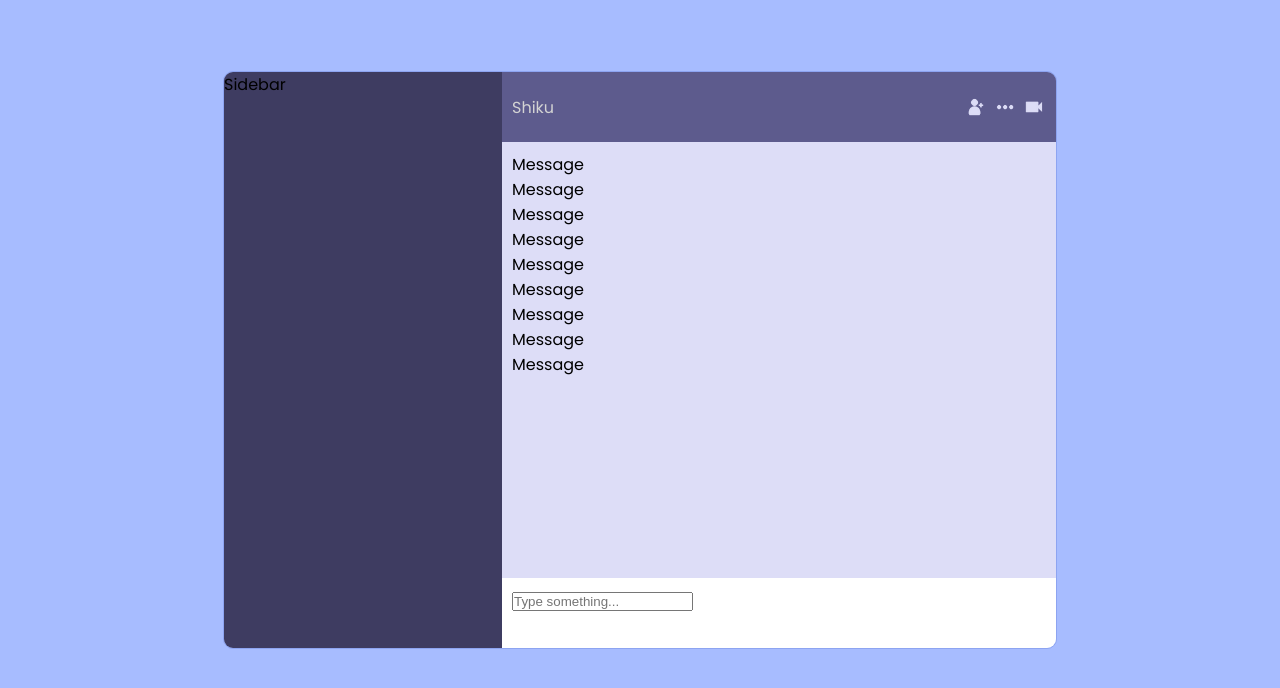
Repository: shikubro90/chatapp
Page: /
The author's editor kept a copy of each file at every save. The page is drawn from the files as they stood at one save, then again after a run of saves.
The browser window is 1280 px wide. The pictures show the whole page.
The project was rebuilt for these pictures with package versions that can differ from the ones it lists, and the page was loaded fresh each time. Also part of the build but not shown: src/pages/Login.jsx, src/pages/Register.jsx.

Above is the page before, as saved 2022-09-14 20:24:16.

### src/App.js
import './App.css';
import Login from './pages/Login';
import Register from './pages/Register';
import Home from './pages/Home'
import './style.scss'

function App() {
  return (
    <div className="App">
      {/* <Register/> */}
      {/* <Login/> */}
      <Home/>
    </div>
  );
}

export default App;

### src/App.css
@import url(https://fonts.googleapis.com/css?family=Poppins:100,100italic,200,200italic,300,300italic,regular,italic,500,500italic,600,600italic,700,700italic,800,800italic,900,900italic);



*{
  margin: 0;
  padding: 0;
}

body,html{
  font-family: "Poppins", sans-serif, system-ui, -apple-system, BlinkMacSystemFont, 'Segoe UI', Roboto, Oxygen, Ubuntu, Cantarell, 'Open Sans', 'Helvetica Neue', sans-serif;
  box-sizing: border-box;
}


/* .App {
  text-align: center;
}

.App-logo {
  height: 40vmin;
  pointer-events: none;
}

@media (prefers-reduced-motion: no-preference) {
  .App-logo {
    animation: App-logo-spin infinite 20s linear;
  }
}

.App-header {
  background-color: #282c34;
  min-height: 100vh;
  display: flex;
  flex-direction: column;
  align-items: center;
  justify-content: center;
  font-size: calc(10px + 2vmin);
  color: white;
}

.App-link {
  color: #61dafb;
}

@keyframes App-logo-spin {
  from {
    transform: rotate(0deg);
  }
  to {
    transform: rotate(360deg);
  }
} */

### src/pages/Home.jsx
import React from 'react'
import Sidebar from '../Components/SideBar'
import ChatBar from '../Components/ChatBar'


const Home = () => {
  return (
    <div className='home'>
        <div className="container">
            <Sidebar/>
            <ChatBar/>
        </div>
    </div>
  )
}

export default Home

### src/style.scss
.formContainer{
    background-color: #a7bcff;
    height: 100vh;
    display: flex;
    align-items: center;
    justify-content: center;

    .formWrapper{

        background-color: white;
        padding: 20px 60px;
        border-radius: 10px;
        display: flex;
        flex-direction: column;
        gap: 10px;
        align-items: center;

        form{

            display: flex;
            flex-direction: column;
            gap: 15px;

            input{
                padding: 10px 10px;
                min-width: 250px;
                border: none;
                border-bottom: 1px solid #a7bcff;
                outline: none;
            }&::placeholder{
                color: rgba(175, 175, 175);
            }

            button{
                background-color: #a7bcff;
                color: white;
                padding: 10px;
                font-weight: bold;
                border: none;
                cursor: pointer;
            }

            label{
                display: flex;
                align-items: center;
                color: #8da4f1;
                gap: 10px;
                font-size: 12px;
                cursor: pointer;

                img{
                    width: 32px;
                }
            }
        }

        p{
            color: #5d5b8d;

        }

        .logo{
            color: #5d5b8d;
            font-weight: bold;
            font-size: 24px;
        }

        .title{
            color: #5d5b8d;
            font-size: 12px;
        }
    }
}


// Home page css

.home{
    background-color: #a7bcff;
    height: 100vh;
    display: flex;
    align-items: center;
    justify-content: center;

    .container{
        border: 1px solid #8da4f1;
        border-radius: 10px;
        width: 65%;
        height: 80%;
        display: flex;
        overflow: hidden;

        .sideBar{
            flex: 1;
            border-right: 1px solid #3e3c61;
            background: #3e3c61;

            .navbar{
                display: flex;
                justify-content: space-between;
                background-color: #2f2d52;
                padding: 10px;
                height: 50px;
                align-items: center;
                color: white;

                .user{
                    display: flex;
                    align-items: center;
                    gap: 10px;

                    img{
                        background: #ddddf7;
                        height: 24px;
                        width: 24px;
                        border-radius: 50%;
                        object-fit: cover;
                    }
                    button{
                        background-color: #5d5b8d;
                        color: #ddddf7;
                        font-size: 10px;
                        border: none;
                        cursor: pointer;
                        padding: 4px 6px;
                        border-radius: 2px;
                    }
                }
            }


            .search{

                border-bottom: 1px solid gray;

                .searchForm{

                    padding: 10px;

                    input{
                        color: white;
                        outline: none;
                        background-color: transparent;
                        border: none;
                        &::placeholder{
                            color: lightgray;
                        }
                    }
                }

                .userChat{
                    padding: 10px;
                    display: flex;
                    align-items: center;
                    gap: 10px;
                    color: white;
                    cursor: pointer;
                     &:hover{
                        background-color: #2f2d52;
                     }
                    img{
                        height: 50px;
                        width: 50px;
                        border-radius: 50%;
                        object-fit: cover;
                    }
                }

            }

            .chats{
                .userChat{
                    padding: 10px;
                    display: flex;
                    align-items: center;
                    gap: 10px;
                    color: white;
                    cursor: pointer;
                     &:hover{
                        background-color: #2f2d52;
                     }
                    img{
                        height: 50px;
                        width: 50px;
                        border-radius: 50%;
                        object-fit: cover;
                    }

                    .userChatInfo{
                        span{
                            font-size: 18px;
                            font-weight: 500;
                        }
                        p{
                            font-size: 14px;
                            color: lightgray;
                        }
                    }

                }
            }


        }
        .chatBar{
            flex: 2;
            .chatInfo{

                height: 50px;
                background-color: #5d5b8d;
                display: flex;
                align-items: center;
                justify-content: space-between;
                padding: 10px;
                color: lightgray;

                .chatIcon{
                    display: flex;
                    align-items: center;
                    justify-content: center;
                    gap: 5px;

                    img{
                        height: 24px;
                        color: lightgray;
                        cursor: pointer;
                    }
                }
            }
            .messages{
                background: #ddddf7;
                padding: 10px;
                height: calc(100% - 160px);
            }
            .input{
                height: 50px;
                background: white;
                padding: 10px;
            }

        }
    }
}

### src/Components/SideBar.jsx
import React from 'react'

const SideBar = () => {
  return (
    <div className='sideBar'>Sidebar</div>
  )
}

export default SideBar

### src/Components/ChatBar.jsx
import add from '../img/add.png'
import more from '../img/more.png'
import cam from '../img/cam.png'
import Messages from './Messages'
import Input from './Input'

const ChatBar = () => {
  return (
    <div className="chatBar">
      <div className="chatInfo">

        <span>Shiku</span>

        <div className="chatIcon">
          <img src={add} alt="" />
          <img src={more} alt="" />
          <img src={cam} alt="" />
        </div>

      </div>

      <Messages/>
      <Input/>
    </div>
  )
}

export default ChatBar

### src/Components/Messages.jsx
import React from 'react'
import Message from './Message'

const Messages = () => {
  return (
    <div className='messages'>
      <Message/>
      <Message/>
      <Message/>
      <Message/>
      <Message/>
      <Message/>
      <Message/>
      <Message/>
      <Message/>
    </div>
  )
}

export default Messages

### src/Components/Input.jsx
import React from 'react'

const Input = () => {
  return (
    <div className='input'>
      <input type="text" placeholder='Type something...' />
      <div className='send'>
        <img src="" alt="" />

      </div>
    </div>
  )
}

export default Input

Loaded but not shown: src/index.js (common file); src/Components/Message.jsx (common file)

After the next 4 saves:
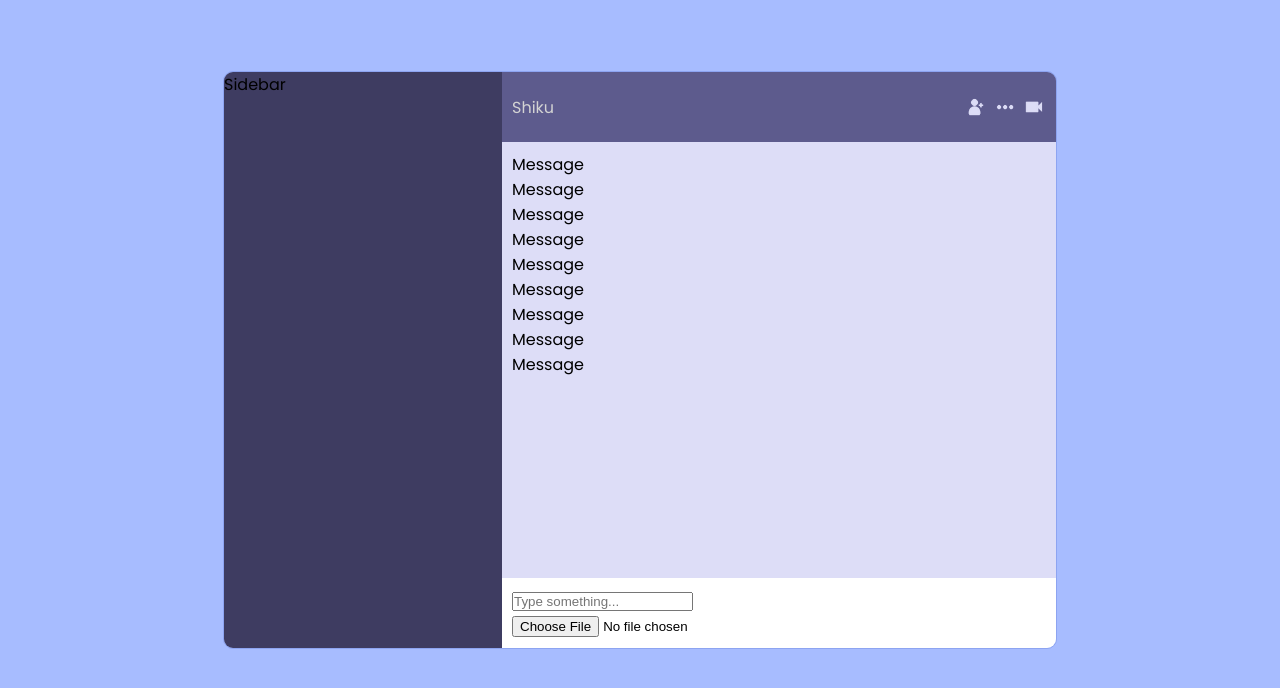
The 4 saves are shown as one change because they came seconds apart.
The last was saved 61 s later.
--- a/src/Components/Input.jsx
+++ b/src/Components/Input.jsx
@@ -6,7 +6,7 @@
       <input type="text" placeholder='Type something...' />
       <div className='send'>
         <img src="" alt="" />
-
+        <input type="file"  />
       </div>
     </div>
   )

After the 4 saves that followed:
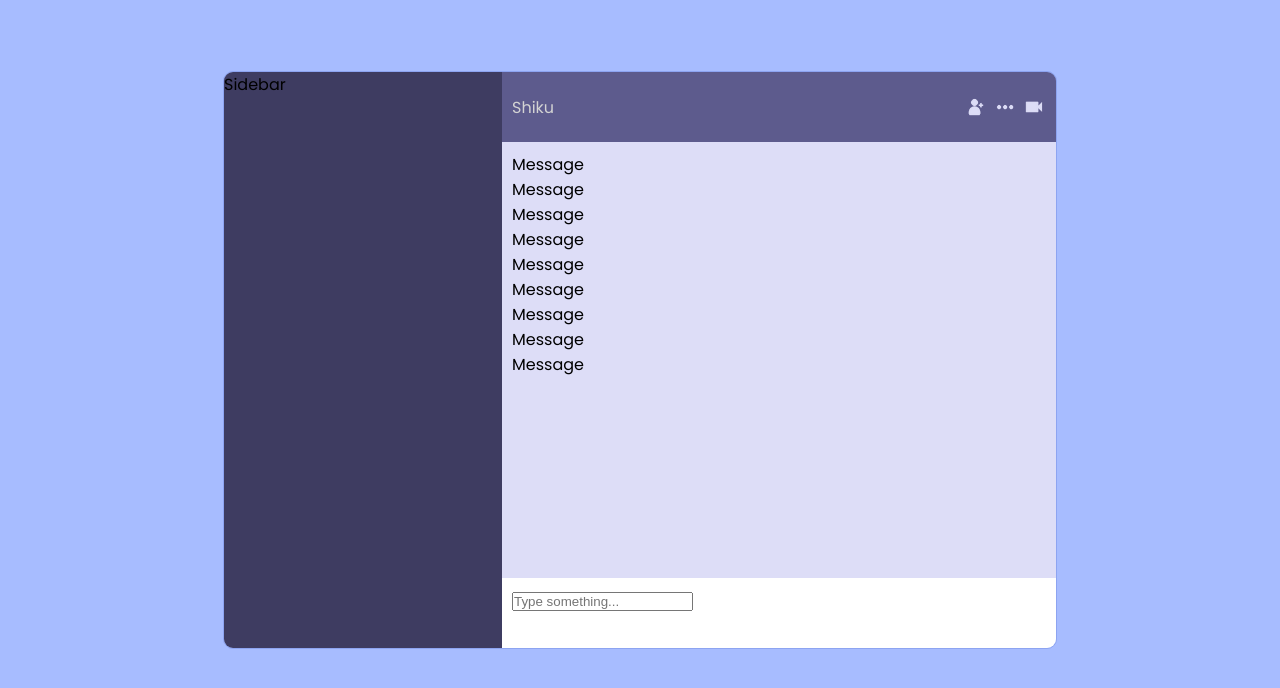
The 4 saves are shown as one change because 2 left the picture as it was and some came seconds apart.
The last was saved 18 s later.
--- a/src/Components/Input.jsx
+++ b/src/Components/Input.jsx
@@ -6,7 +6,7 @@
       <input type="text" placeholder='Type something...' />
       <div className='send'>
         <img src="" alt="" />
-        <input type="file"  />
+        <input type="file" style={{display : "none"}} />
       </div>
     </div>
   )
